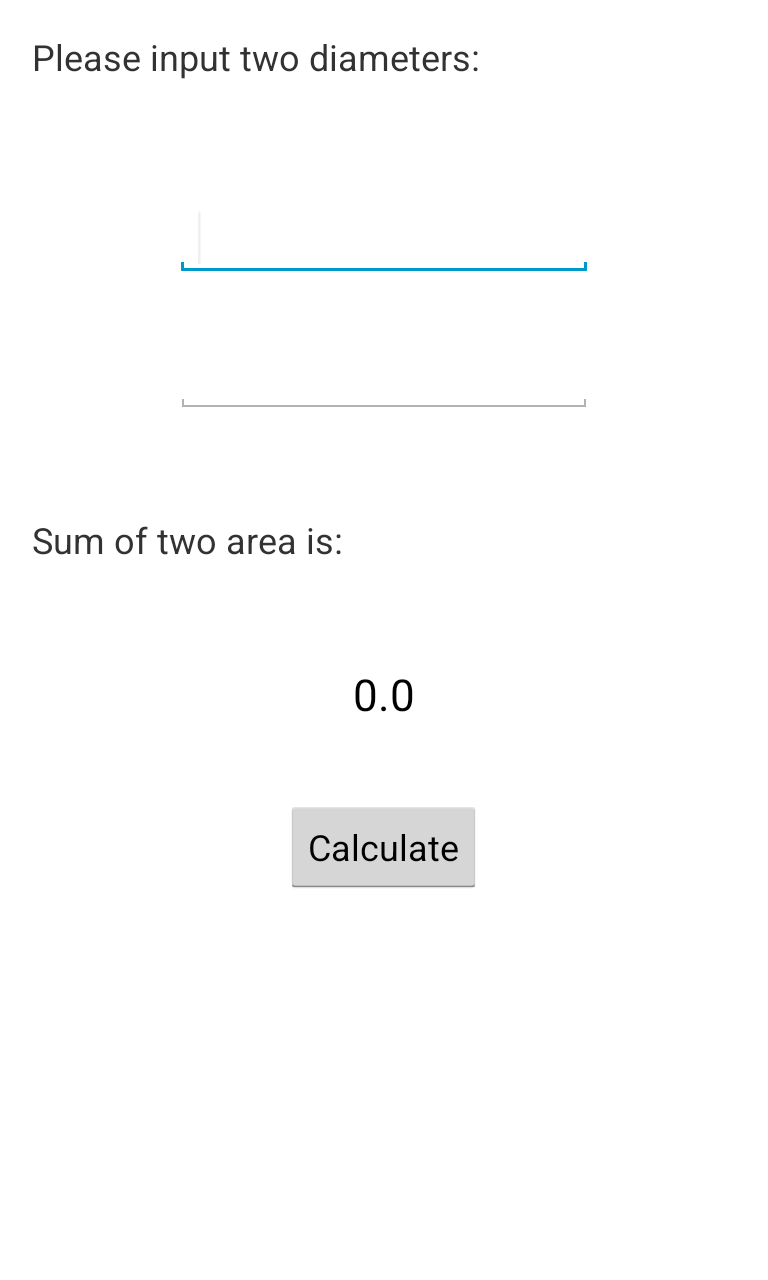
Repository: cugfeng/Android
Layout: MyHelloWorld/res/layout/activity_main.xml
These files come from the project's save history. The layout is drawn as it stood at one moment and after the next save; the edit follows.
It is drawn on a 768 x 1280 px phone screen (xhdpi) without system bars, with theme AppTheme; the app's code is not run.

Above is the layout before, as saved 2013-05-11 13:55:22.

### MyHelloWorld/res/layout/activity_main.xml
<RelativeLayout xmlns:android="http://schemas.android.com/apk/res/android"
    xmlns:tools="http://schemas.android.com/tools"
    android:layout_width="match_parent"
    android:layout_height="match_parent"
    android:paddingBottom="@dimen/activity_vertical_margin"
    android:paddingLeft="@dimen/activity_horizontal_margin"
    android:paddingRight="@dimen/activity_horizontal_margin"
    android:paddingTop="@dimen/activity_vertical_margin"
    tools:context=".MainActivity" >

    <TextView
        android:id="@+id/textView1"
        android:layout_width="wrap_content"
        android:layout_height="wrap_content"
        android:textSize="18sp"
        android:text="@string/input_hint" />

    <EditText
        android:id="@+id/diameter_edit1"
        android:layout_width="wrap_content"
        android:layout_height="wrap_content"
        android:layout_below="@+id/textView1"
        android:layout_centerHorizontal="true"
        android:layout_marginTop="59dp"
        android:ems="10"
        android:inputType="numberDecimal" >

        <requestFocus />
    </EditText>

    <EditText
        android:id="@+id/diameter_edit2"
        android:layout_width="wrap_content"
        android:layout_height="wrap_content"
        android:layout_below="@+id/diameter_edit1"
        android:layout_centerHorizontal="true"
        android:layout_marginTop="29dp"
        android:ems="10"
        android:inputType="numberDecimal" />

    <TextView
        android:id="@+id/output_hint"
        android:layout_width="wrap_content"
        android:layout_height="wrap_content"
        android:layout_below="@+id/diameter_edit2"
        android:layout_marginTop="50dp"
        android:textSize="18sp"
        android:text="@string/output_hint" />

    <TextView
        android:id="@+id/result_view"
        android:layout_width="wrap_content"
        android:layout_height="wrap_content"
        android:layout_below="@+id/output_hint"
        android:layout_centerHorizontal="true"
        android:layout_marginTop="50dp"
        android:text="@string/zero"
        android:textAppearance="?android:attr/textAppearanceLarge" />

    <Button
        android:id="@+id/calculate_area"
        android:layout_width="wrap_content"
        android:layout_height="wrap_content"
        android:layout_below="@+id/result_view"
        android:layout_centerHorizontal="true"
        android:layout_marginTop="38dp"
        android:text="@string/calculate"
        android:onClick="calculateArea" />


</RelativeLayout>

### MyHelloWorld/res/values/strings.xml
<?xml version="1.0" encoding="utf-8"?>
<resources xmlns:android="http://schemas.android.com/apk/res/android">

    <string name="app_name">MyHelloWorld</string>
    <string name="action_settings">Settings</string>
    <string name="input_hint">Please input two diameters:</string>
    <string name="calculate">Calculate</string>
    <string name="zero">0.0</string>
    <string name="output_hint">Sum of two area is:</string>

</resources>

Loaded but not shown: MyHelloWorld/res/values/styles.xml (common file); MyHelloWorld/res/values-v11/styles.xml (common file); MyHelloWorld/res/values-v14/styles.xml (common file); MyHelloWorld/res/values/dimens.xml (common file)

After the next save:
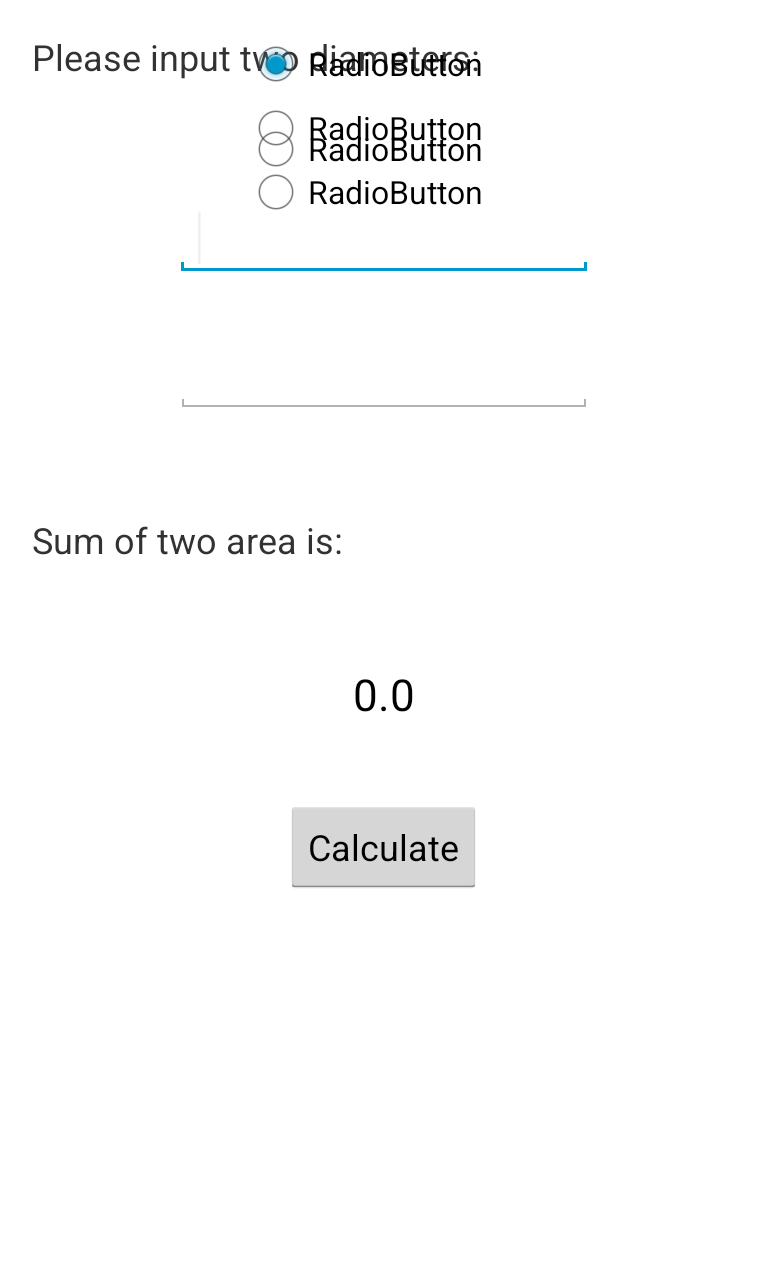
Saved 104 s later.
--- a/MyHelloWorld/res/layout/activity_main.xml
+++ b/MyHelloWorld/res/layout/activity_main.xml
@@ -1,5 +1,5 @@
-<RelativeLayout xmlns:android="http://schemas.android.com/apk/res/android"
-    xmlns:tools="http://schemas.android.com/tools"
+<RelativeLayout xmlns:tools="http://schemas.android.com/tools"
+    xmlns:android="http://schemas.android.com/apk/res/android"
     android:layout_width="match_parent"
     android:layout_height="match_parent"
     android:paddingBottom="@dimen/activity_vertical_margin"
@@ -12,8 +12,8 @@
         android:id="@+id/textView1"
         android:layout_width="wrap_content"
         android:layout_height="wrap_content"
-        android:textSize="18sp"
-        android:text="@string/input_hint" />
+        android:text="@string/input_hint"
+        android:textSize="18sp" />
 
     <EditText
         android:id="@+id/diameter_edit1"
@@ -44,8 +44,8 @@
         android:layout_height="wrap_content"
         android:layout_below="@+id/diameter_edit2"
         android:layout_marginTop="50dp"
-        android:textSize="18sp"
-        android:text="@string/output_hint" />
+        android:text="@string/output_hint"
+        android:textSize="18sp" />
 
     <TextView
         android:id="@+id/result_view"
@@ -64,8 +64,43 @@
         android:layout_below="@+id/result_view"
         android:layout_centerHorizontal="true"
         android:layout_marginTop="38dp"
-        android:text="@string/calculate"
-        android:onClick="calculateArea" />
+        android:onClick="calculateArea"
+        android:text="@string/calculate" />
 
+    <RadioButton
+        android:id="@+id/radioButton1"
+        android:layout_width="wrap_content"
+        android:layout_height="wrap_content"
+        android:layout_alignRight="@+id/calculate_area"
+        android:layout_below="@+id/textView1"
+        android:layout_marginTop="18dp"
+        android:text="RadioButton" />
+
+    <RadioGroup
+        android:id="@+id/radioGroup1"
+        android:layout_width="wrap_content"
+        android:layout_height="wrap_content"
+        android:layout_alignBottom="@+id/editText1"
+        android:layout_alignRight="@+id/radioButton1" >
+
+        <RadioButton
+            android:id="@+id/radio0"
+            android:layout_width="wrap_content"
+            android:layout_height="wrap_content"
+            android:checked="true"
+            android:text="RadioButton" />
+
+        <RadioButton
+            android:id="@+id/radio1"
+            android:layout_width="wrap_content"
+            android:layout_height="wrap_content"
+            android:text="RadioButton" />
+
+        <RadioButton
+            android:id="@+id/radio2"
+            android:layout_width="wrap_content"
+            android:layout_height="wrap_content"
+            android:text="RadioButton" />
+    </RadioGroup>
 
 </RelativeLayout>
